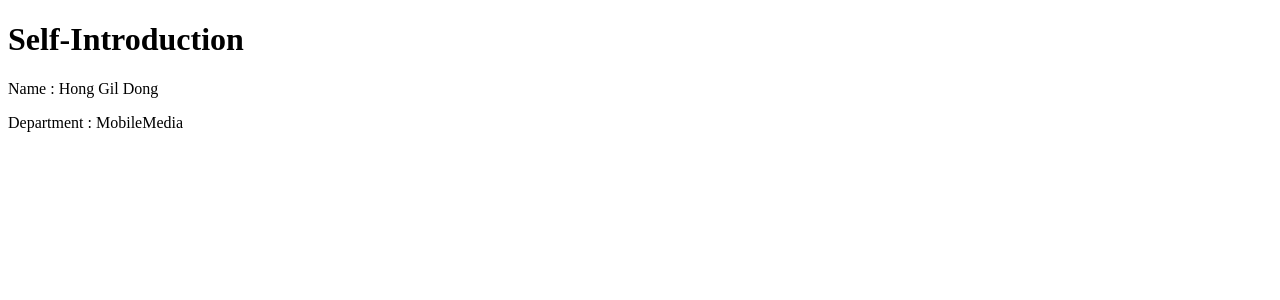
Repository: freedomseok8047/jsp
Page: http://localhost/HelloJSP/hello3.jsp
The author's editor kept a copy of each file at every save. The page is drawn from the files as they stood at one save, then again after the next save.
The browser window is 1280 px wide. The pictures show the whole page.
The page is served by Tomcat 9.

Above is the page before, as saved 2023-08-22 02:25:47.

### HelloJSP/src/main/webapp/hello3.jsp
<%@ page language="java" contentType="text/html; charset=EUC-KR"
    pageEncoding="EUC-KR"%>
<!DOCTYPE html>
<html>
<head>
<meta charset="EUC-KR">
<title>JSP</title>
</head>
<body>
<h1>Self-Introduction</h1>
<p>Name : Hong Gil Dong</p>
<p>Department : MobileMedia</p>
</body>
</html>

After the next save:
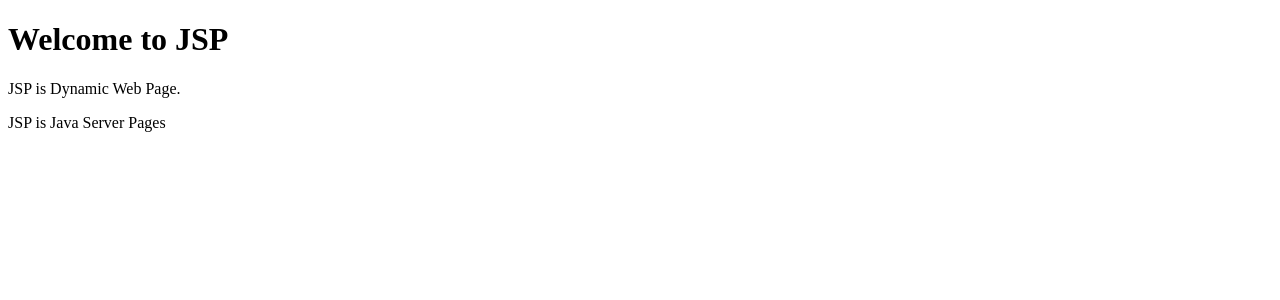
Saved 63 s later.
--- a/HelloJSP/src/main/webapp/hello3.jsp
+++ b/HelloJSP/src/main/webapp/hello3.jsp
@@ -7,8 +7,8 @@
 <title>JSP</title>
 </head>
 <body>
-<h1>Self-Introduction</h1>
-<p>Name : Hong Gil Dong</p>
-<p>Department : MobileMedia</p>
+<h1>Welcome to JSP</h1>
+<p>JSP is Dynamic Web Page.</p>
+<p>JSP is Java Server Pages</p>
 </body>
 </html>
